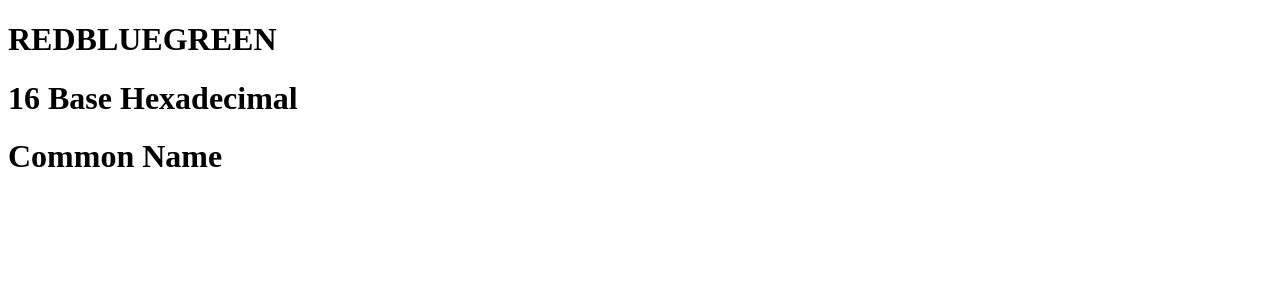
Repository: 3EyEdRav3n/10-2020-cohort-course
Page: week-1/day-4/warm-up.html
The author's editor kept a copy of each file at every save. The page is drawn from the files as they stood at one save, then again after the next save.
The browser window is 1280 px wide. The pictures show the whole page.

Above is the page before, as saved 2020-10-29 20:20:27.

After the next save:
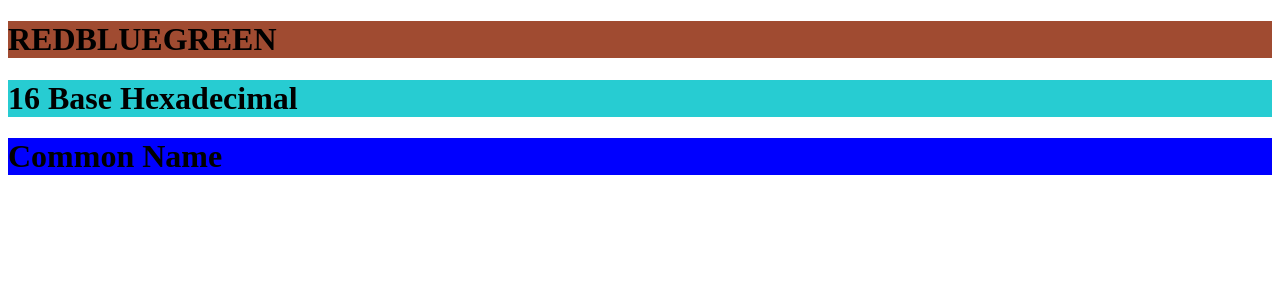
Saved 25 s later.
--- a/week-1/day-4/warm-up.css
+++ b/week-1/day-4/warm-up.css
@@ -1,16 +1,16 @@
 
 
 .Div1 {
-    background-color: rgb(160, 75, 49)
-    font-size lowercase
+    background-color: rgb(160, 75, 49);
+    font-size lowercase;
 }
 
 .Div2 {
-    background-color: #27CCD2
-    align right
+    background-color: #27CCD2 ;
+    align right;
 }
 
 .Div3 {
-    background-color: blue
-    font-size 58px
+    background-color: blue;
+    font-size 58px;
 }
